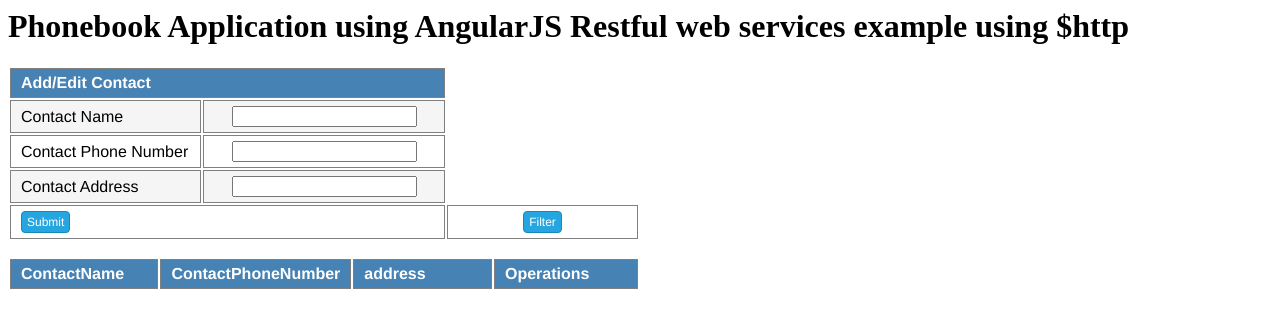
Repository: nagayyaguddadmath/JavaSimpleProjects
Page: simplephonebook/src/main/webapp/CRUDContacts.html
An editor plug-in stored every save of this project. The page is shown before and after the next save, followed by the edit.
The browser window is 1280 px wide. The pictures show the whole page.
The page's requests for data from a server got no answer.

Above is the page before, as saved 2017-10-22 11:25:05.

After the next save:
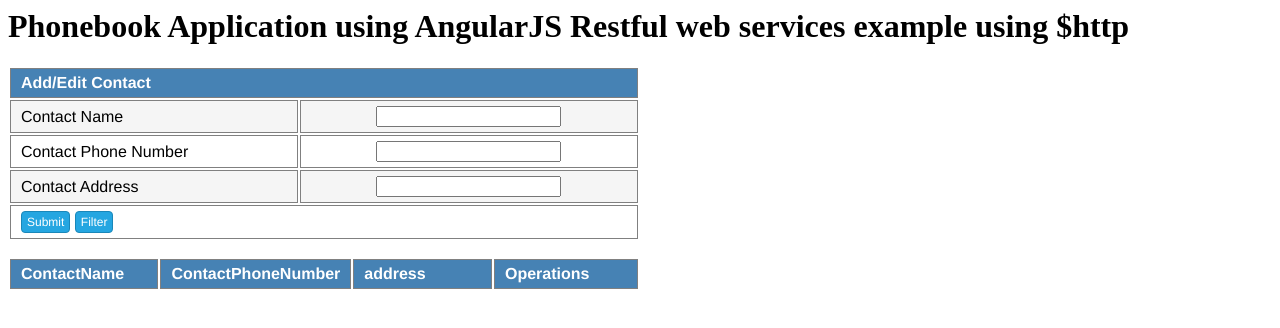
Saved 98 s later.
--- a/simplephonebook/src/main/webapp/CRUDContacts.html
+++ b/simplephonebook/src/main/webapp/CRUDContacts.html
@@ -108,8 +108,8 @@
 					<td><input type="text" ng-model="contactForm.address" /></td>
 				</tr>
 				<tr>
-					<td colspan="2"><input type="submit" value="Submit" class="blue-button" /></td>
-					<td colspan="2"><input type="submit" ng-click="submitFilter()" value="Filter" class="blue-button" /></td>
+					<td colspan="2"><input type="submit" value="Submit" class="blue-button" />
+					<input type="submit" ng-click="submitFilter()" value="Filter" class="blue-button" /></td>
 				</tr>
 			</table>
 		</form>
